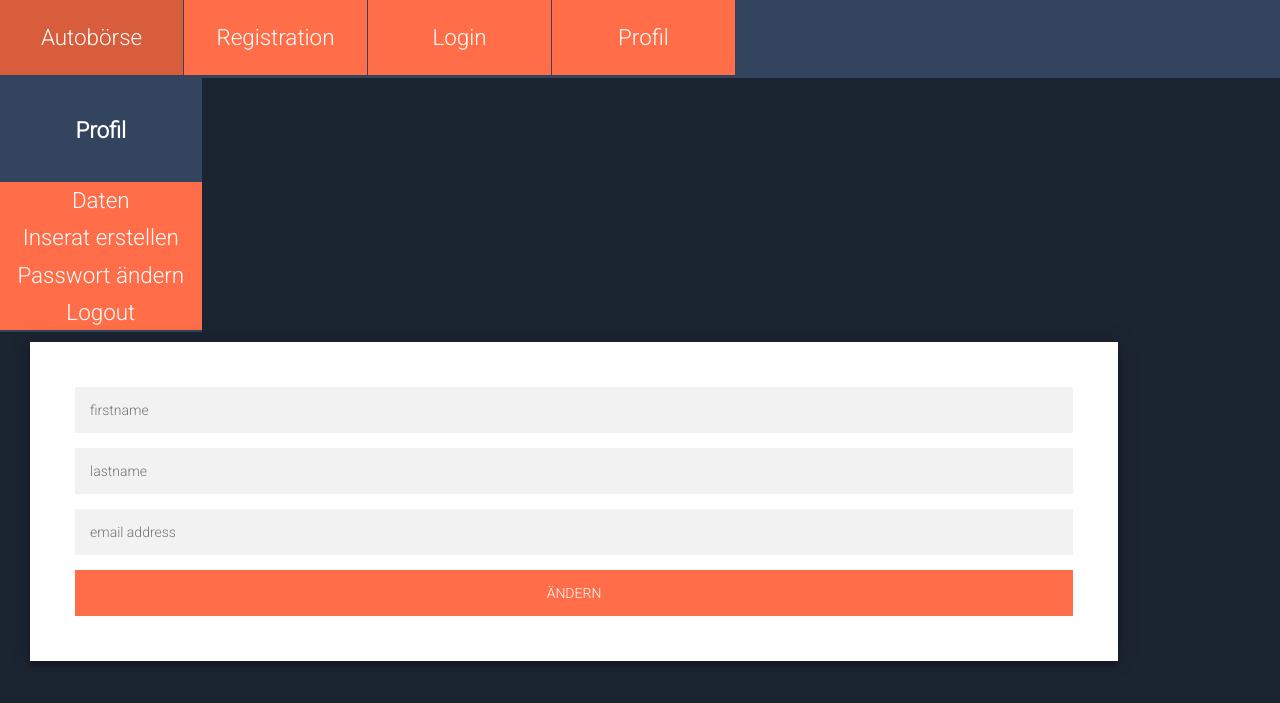
Repository: Turkelten/CarAdminstration
Page: http://localhost/Autobörse/userPasswortAendern.jsp
These files come from the project's save history. The page is drawn as it stood at one moment and after the next save; the edit follows.
The browser window is 1280 px wide. The pictures show the whole page.
The page is served by Tomcat 9. Other server files are loaded and not shown.

Above is the page before, as saved 2020-07-19 20:48:05.
Console error: SyntaxError: Unexpected token '=='

### Autobörse/WebContent/userPasswortAendern.jsp
<%@ page language="java" contentType="text/html; charset=ISO-8859-1"
    pageEncoding="ISO-8859-1"%>
<!DOCTYPE html>
<html>
<head>
	<meta name="viewport" content="width=device-width, initial-scale=1.0" charset="ISO-8859-1">
	<title>Autobörse</title>
	<link href="https://fonts.googleapis.com/css2?family=Roboto+Slab:wght@300&family=Roboto:wght@300&display=swap" rel="stylesheet">
	<link href="style.css" rel="stylesheet">
</head>
<body onload="userloggedin()">

	<jsp:include page="navigationbar.jsp" />
	<div class="page">
		<jsp:include page="sidebarUserProfil.jsp" />
			<div class="user-page">
				  <div class="userform">
					<form class="login-form" method="post" action="RegistrationServlet">
				      	<input type="text" placeholder="firstname" name="firstname"/>
				      	<input type="text" placeholder="lastname" name="lastname"/>
				      	<input type="text" placeholder="email address" name="username"/>
				      	<button type="submit">Ändern</button>
			  		</form>
				</div>
			</div>
	</div>

	<script type="text/javascript">
		function userloggedin() {
			if (${ session.getAttribute("user") } == null) {
				window.location.href = "login.jsp";
			}
		}
	</script>
</body>
</html>

### Autobörse/WebContent/navigationbar.jsp
<header>
		<nav id="normal">
			<ul>
			  	<li style="float:left"><a href="index.jsp">Autobörse</a></li>
			  	<li ><a class="active" href="registration.jsp">Registration</a></li>
			  	<li ><a class="active" href="login.jsp">Login</a></li>
			  	<li ><a class="active" href="userprofil.jsp">Profil</a></li>
			</ul>
		</nav>

		<nav id="mobile">
			<div id="menu">Menü</div>
			<ul>
			  	<li ><a href="index.jsp">Autobörse</a></li>
			  	<li ><a class="active" href="registration.jsp">Registration</a></li>
			  	<li ><a class="active" href="login.jsp">Login</a></li>
			  	<li ><a class="active" href="userprofil.jsp">Profil</a></li>
			</ul>
		</nav>
	</header>

### Autobörse/WebContent/sidebarUserProfil.jsp
<div class="usersidebar-container">
			<h2> Profil </h2>
			<div class="usersidebar">
				<ul>
				  	<li ><a href="userprofil.jsp">Daten</a></li>
				  	<li ><a href="userInseratErstellen.jsp">Inserat erstellen</a></li>
				  	<li ><a href="userPasswortAendern.jsp">Passwort ändern</a></li>
				  	<li ><a class="active" href="LogoutServlet">Logout</a></li>
				</ul>
			</div>
		</div>

### Autobörse/WebContent/style.css
body,
html {
  background: #1b2431;
  margin: 0;
  padding: 0;
  font-size: 100%;
  color: white;
}

@media screen and (max-width: 600px) {
  body,
  html {
    font-size: 48%;
  }
}

@media screen and (min-width: 600px) {
  body,
  html {
    font-size: 53%;
  }
}

@media screen and (min-width: 800px) {
  body,
  html {
    font-size: 57%;
  }
}

@media screen and (min-width: 1200px) {
  body,
  html {
    font-size: 70%;
  }
}

header {
  background: #33455e;
  position: fixed;
  top: 0;
  width: 100%;
  text-align: left;
  transition: 200ms all;
  height: 7rem;
}

header nav#normal {
  color: #c8354e;
  display: inline-block;
}

@media screen and (max-width: 800px) {
  header nav#normal {
    display: none;
  }
}

header nav#normal ul {
  margin: 0;
  padding: 0;
  transition: all 300ms;
  display: inline-block;
}

header nav#normal ul li {
  margin: 0;
  padding: 0;
  float: left;
  list-style: none;
  position: relative;
  transition: all 300ms;
}

header nav#normal ul li a {
  display: inline-block;
  padding: 2.17rem;
  float: left;
  min-width: 12rem;
  text-align: center;
  font-size: 2rem;
  color: #fff;
  margin: 0 1px 0 0;
  text-decoration: none;
  background: #ff6e48;
  font-weight: 300;
  transition: all 300ms;
  font-family: "Roboto", sans-serif;
}

header nav#normal ul li:hover > a {
  background: #d85d3c;
}

header nav#normal ul li ul {
  overflow: hidden;
  position: absolute;
  top: 100%;
  left: 0;
  width: 100%;
  transition: 300ms all;
  max-height: 0;
}

header nav#normal ul li ul li {
  border-bottom: 1px solid #8c1e31;
}

header nav#normal ul li:hover > ul {
  max-height: 700px;
}

header nav#mobile {
  color: #c8354e;
  display: none;
}

@media screen and (max-width: 800px) {
  header nav#mobile {
    display: block;
  }
}

header nav #menu {
  padding: 2.17rem 5% 2.17rem 5%;
  float: left;
  width: 90%;
  text-align: center;
  font-size: 2rem;
  color: #fff;
  cursor: pointer;
  font-weight: 300;
  transition: all 500ms;
  font-family: "Roboto", sans-serif;
}

header nav#mobile ul {
  width: 100%;
  margin: 0;
  padding: 0;
  max-height: 0;
  transition: all 500ms;
  overflow: hidden;
  float: left;
}

header nav#mobile:hover > ul {
  max-height: 800px;
}

header nav#mobile ul li {
  margin: 0;
  padding: 0;
  float: left;
  width: 100%;
  list-style: none;
  position: relative;
  transition: all 500ms;
}

header nav#mobile ul li a {
  display: inline-block;
  padding: 2.17rem 5% 2.17rem 5%;
  float: left;
  min-width: 12rem;
  width: 90%;
  text-align: center;
  font-size: 2rem;
  color: #fff;
  text-decoration: none;
  background: #c8354e;
  font-weight: 300;
  transition: all 500ms;
  font-family: "Roboto", sans-serif;
}

header nav#mobile ul li:hover > a {
  background: #8c1e31;
}

header nav#mobile ul li ul {
  width: 100%;
  transition: all 500ms;
  max-height: 0;
  overflow: hidden;
  float: left;
}

header nav#mobile ul li ul li {
  display: block;
  float: left;
  background: #8c1e31;
  transition: all 500ms;
}

header nav#mobile ul li ul li a {
  background: #8c1e31;
}

header nav#mobile ul li:hover > ul {
  max-height: 500px;
}

.page {
  	position:fixed;
    padding:0;
    margin:0;

    top:7rem;
    left:0;

    width: 100%;
    height: 100%;
}

.login-page {
  width: 360px;
  padding: 8% 0 0;
  margin: auto;
}
.form {
  position: relative;
  z-index: 1;
  background: #FFFFFF;
  max-width: 360px;
  margin: 0 auto 100px;
  padding: 45px;
  text-align: center;
  box-shadow: 0 0 20px 0 rgba(0, 0, 0, 0.2), 0 5px 5px 0 rgba(0, 0, 0, 0.24);
}
.form input {
  font-family: "Roboto", sans-serif;
  outline: 0;
  background: #f2f2f2;
  width: 100%;
  border: 0;
  margin: 0 0 15px;
  padding: 15px;
  box-sizing: border-box;
  font-size: 14px;
}
.form button {
  font-family: "Roboto", sans-serif;
  text-transform: uppercase;
  outline: 0;
  background: #ff6e48;
  width: 100%;
  border: 0;
  padding: 15px;
  color: #FFFFFF;
  font-size: 14px;
  -webkit-transition: all 0.3 ease;
  transition: all 0.3 ease;
  cursor: pointer;
}
.form button:hover,.form button:active,.form button:focus {
  background: #d85d3c;
}
.form .message {
  margin: 15px 0 0;
  color: #b3b3b3;
  font-size: 12px;
}
.form .message a {
  color: #4CAF50;
  text-decoration: none;
}
.form .register-form {
  display: none;
}
.container {
  position: relative;
  z-index: 1;
  max-width: 300px;
  margin: 0 auto;
}
.container:before, .container:after {
  content: "";
  display: block;
  clear: both;
}
.container .info {
  margin: 50px auto;
  text-align: center;
}
.container .info h1 {
  margin: 0 0 15px;
  padding: 0;
  font-size: 36px;
  font-weight: 300;
  color: #1a1a1a;
}
.container .info span {
  color: #4d4d4d;
  font-size: 12px;
}
.container .info span a {
  color: #000000;
  text-decoration: none;
}
.container .info span .fa {
  color: #EF3B3A;
}


.user-page {
  width: 85%;
  height: 100%;
  padding-top: 10px;
  padding-left: 30px;
  margin-left: 0;
  float: left;
}
.userform {
  position: relative;
  z-index: 1;
  background: #FFFFFF;

  padding: 45px;
  text-align: center;
  box-shadow: 0 0 20px 0 rgba(0, 0, 0, 0.2), 0 5px 5px 0 rgba(0, 0, 0, 0.24);
}
.userform input {
  font-family: "Roboto", sans-serif;
  outline: 0;
  background: #f2f2f2;
  width: 100%;
  border: 0;
  margin: 0 0 15px;
  padding: 15px;
  box-sizing: border-box;
  font-size: 14px;
}
.userform button {
  font-family: "Roboto", sans-serif;
  text-transform: uppercase;
  outline: 0;
  background: #ff6e48;
  width: 100%;
  border: 0;
  padding: 15px;
  color: #FFFFFF;
  font-size: 14px;
  -webkit-transition: all 0.3 ease;
  transition: all 0.3 ease;
  cursor: pointer;
}
.userform button:hover,.form button:active,.form button:focus {
  background: #d85d3c;
}
.userform .message {
  margin: 15px 0 0;
  color: #b3b3b3;
  font-size: 12px;
}
.userform .message a {
  color: #4CAF50;
  text-decoration: none;
}

.usersidebar-container {
	width: 18rem;
	padding-top:10px;
	margin-right: auto;
	background: #33455e;
	float: left;
}

.usersidebar-container h2 {
	text-align:center;
	padding-top: 10px;
	font-size: 2rem;
	font-family: "Roboto", sans-serif;
}

.usersidebar {
	position: relative;
  	width:100%;

  	padding-top: 20px;
  	text-align: center;
}


.usersidebar ul {
  margin: 0;
  padding: 0;
  transition: all 300ms;
  display: inline-block;
}

.usersidebar ul li {
  margin: 0;
  padding: 0;
  width: 100%;
  float: left;
  list-style: none;
  position: relative;
  transition: all 300ms;
}

.usersidebar ul li a {
  display: inline-block;
  padding: 0.5rem;
  float: top;
  width: 17rem;
  text-align: center;
  font-size: 2rem;
  color: #fff;
  text-decoration: none;
  background: #ff6e48;
  font-weight: 300;
  font-family: "Roboto", sans-serif;
}

.usersidebar ul li:hover > a {
  background: #d85d3c;
}

.searchsidebar-container {
	width: 18rem;
	padding-top:10px;
	margin-right: auto;
	background: #33455e;
	float: left;
}

.searchsidebar-container h2 {
	text-align:center;
	padding-top: 10px;
	font-size: 2rem;
	font-family: "Roboto", sans-serif;
}

.searchsidebar {
	position: relative;
  	width:100%;

  	padding-top: 10px;
  	padding-bottom: 20px;
  	text-align: center;
}

.searchsidebar label{
	padding:10px;
	font-size: 2rem;
	font-weight: 300;
  	font-family: "Roboto", sans-serif;
  	text-decoration: none;
}

.anzeige {
	position: relative;
  	z-index: 1;
  	background: #FFFFFF;
  	color: black;
  	padding: 20px;
  	text-align: center;
  	box-shadow: 0 0 20px 0 rgba(0, 0, 0, 0.2), 0 5px 5px 0 rgba(0, 0, 0, 0.24);
}

After the next save:
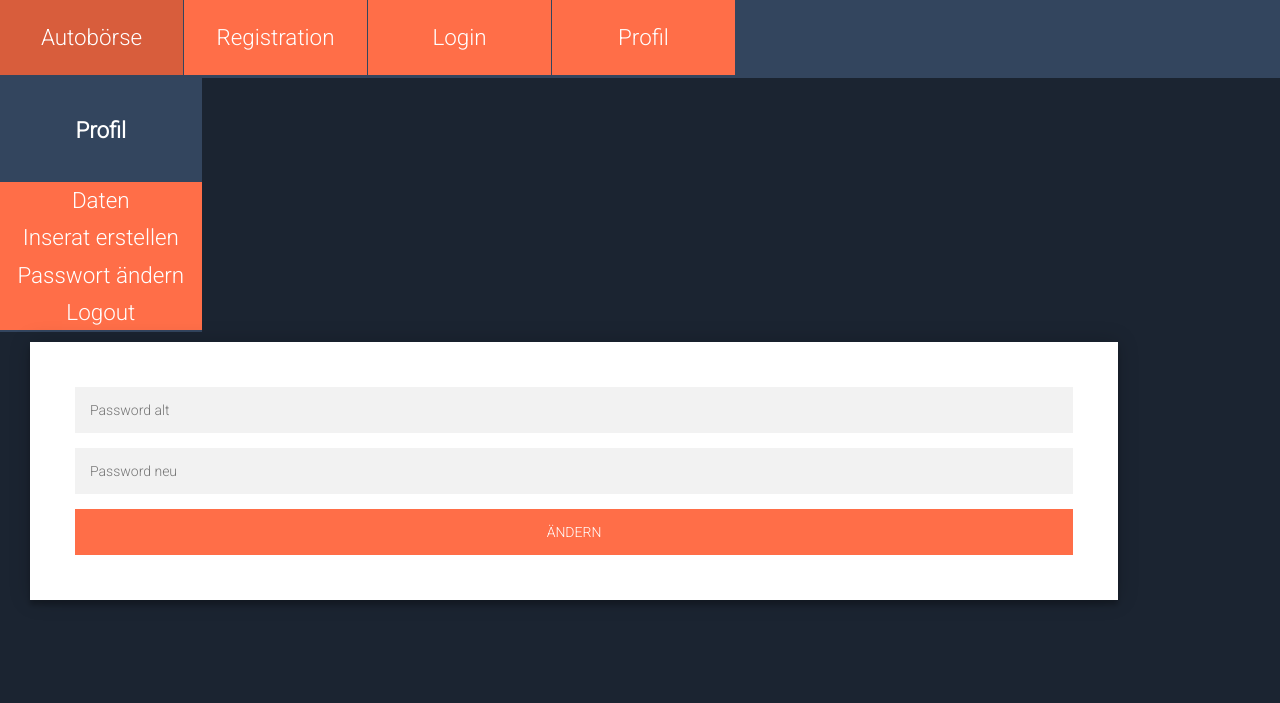
Saved 48 s later.
--- a/Autobörse/WebContent/userPasswortAendern.jsp
+++ b/Autobörse/WebContent/userPasswortAendern.jsp
@@ -16,9 +16,8 @@
 			<div class="user-page">
 				  <div class="userform">
 					<form class="login-form" method="post" action="RegistrationServlet">
-				      	<input type="text" placeholder="firstname" name="firstname"/>
-				      	<input type="text" placeholder="lastname" name="lastname"/>
-				      	<input type="text" placeholder="email address" name="username"/>
+				      	<input type="password" placeholder="Password alt" name="firstname"/>
+				      	<input type="password" placeholder="Password neu" name="lastname"/>
 				      	<button type="submit">Ändern</button>
 			  		</form>
 				</div>

After the save that followed:
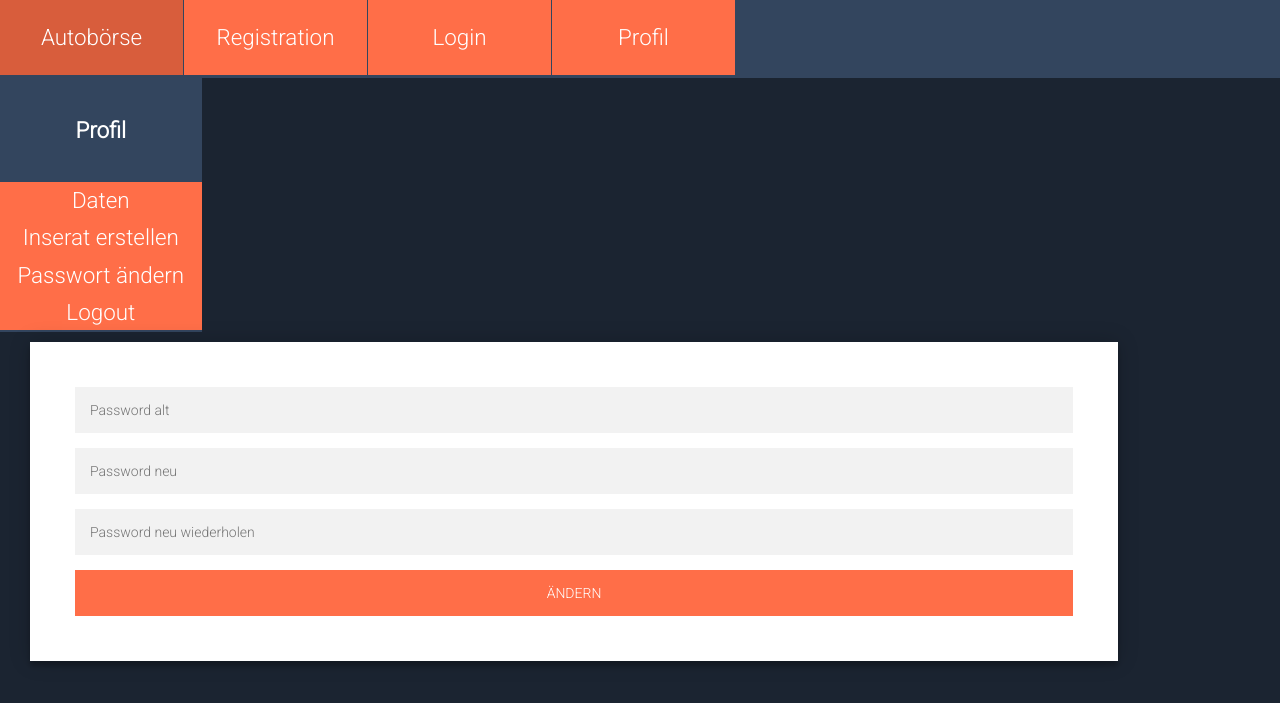
Saved 16 s later.
--- a/Autobörse/WebContent/userPasswortAendern.jsp
+++ b/Autobörse/WebContent/userPasswortAendern.jsp
@@ -18,6 +18,7 @@
 					<form class="login-form" method="post" action="RegistrationServlet">
 				      	<input type="password" placeholder="Password alt" name="firstname"/>
 				      	<input type="password" placeholder="Password neu" name="lastname"/>
+				      	<input type="password" placeholder="Password neu wiederholen" name="lastname"/>
 				      	<button type="submit">Ändern</button>
 			  		</form>
 				</div>
